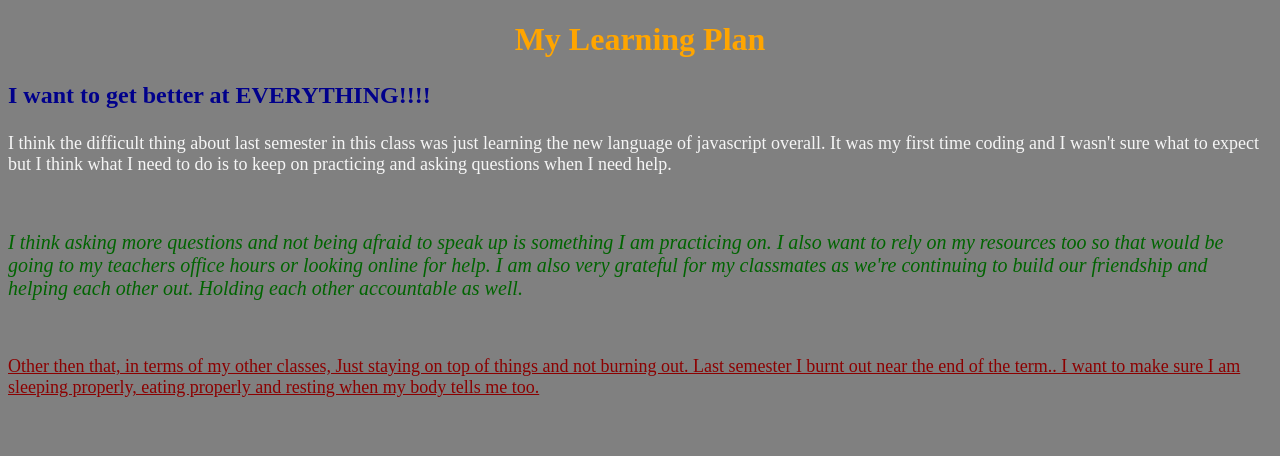
Repository: boofoo-png/mdia-2109
Page: Lab 3/learning-plan.html
These files come from the project's save history. The page is drawn as it stood at one moment and after the next save; the edit follows.
The browser window is 1280 px wide. The pictures show the whole page.

Above is the page before, as saved 2026-02-02 11:15:49.

After the next save:
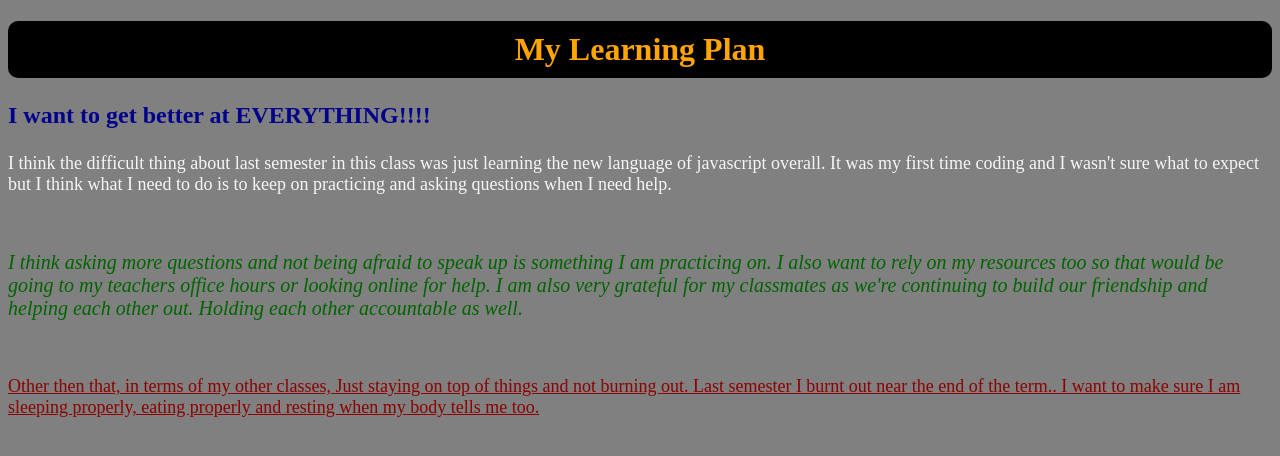
Saved 8 s later.
--- a/Lab 3/styles.css
+++ b/Lab 3/styles.css
@@ -3,6 +3,8 @@
     text-align: center;
     justify-content: center;
     border-radius: 10px;
+    background-color: black;
+    padding: 10px;
 }
 
 p.title {
